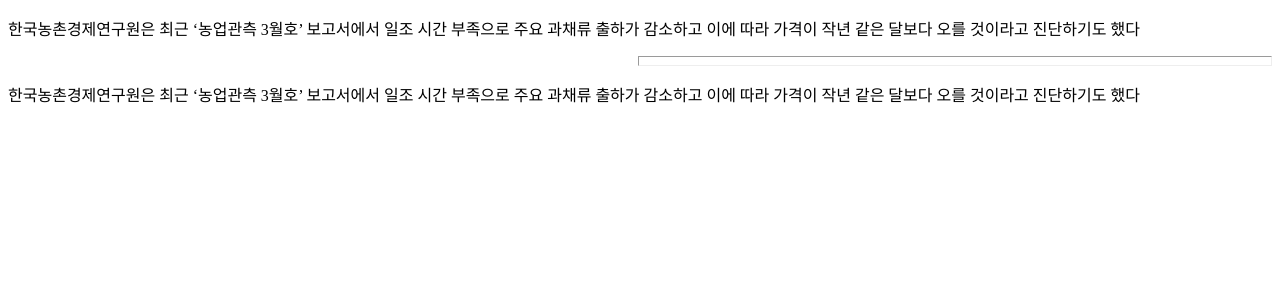
Repository: Hswwwww/WEB
Page: ClientTest/src/main/webapp/html/ex09_hr.html
An editor plug-in stored every save of this project. The page is shown before and after the next save, followed by the edit.
The browser window is 1280 px wide. The pictures show the whole page.

Above is the page before, as saved 2024-03-13 00:47:51.

After the next save:
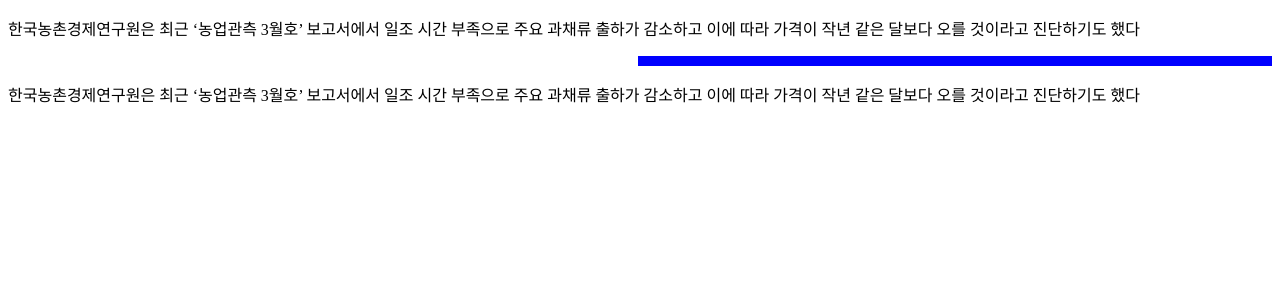
Saved 64 s later.
--- a/ClientTest/src/main/webapp/html/ex09_hr.html
+++ b/ClientTest/src/main/webapp/html/ex09_hr.html
@@ -18,7 +18,7 @@
 		1. size : 선의 두께
 		2. width : 선의 너비
 		3. align : 선의 수평정렬
-
+		4. color : 선의 색상
 
 		HTML 속성값의 종류(형태)
 		1. 숫자형
@@ -26,6 +26,8 @@
 		 	- 단위있음 : % > 백분율 > 부모 태그의 영역을 기준(*******)
 		2. 열거형
 			- 정해진 속성값 중 하나를 사용
+		3. 색상형
+			- 색상명 or RGB
 
 
 	 -->
@@ -33,7 +35,7 @@
 
 	  <p>한국농촌경제연구원은 최근 ‘농업관측 3월호’ 보고서에서 일조 시간 부족으로 주요 과채류 출하가 감소하고 이에 따라 가격이 작년 같은 달보다 오를 것이라고 진단하기도 했다</p>
 
-	 	<hr size = "10" width = "50%" align = "right">
+	 	<hr size = "10" width = "50%" align = "right" color = "blue">
 	 	<!-- <hr>의 부모 <body> -->
 
 
